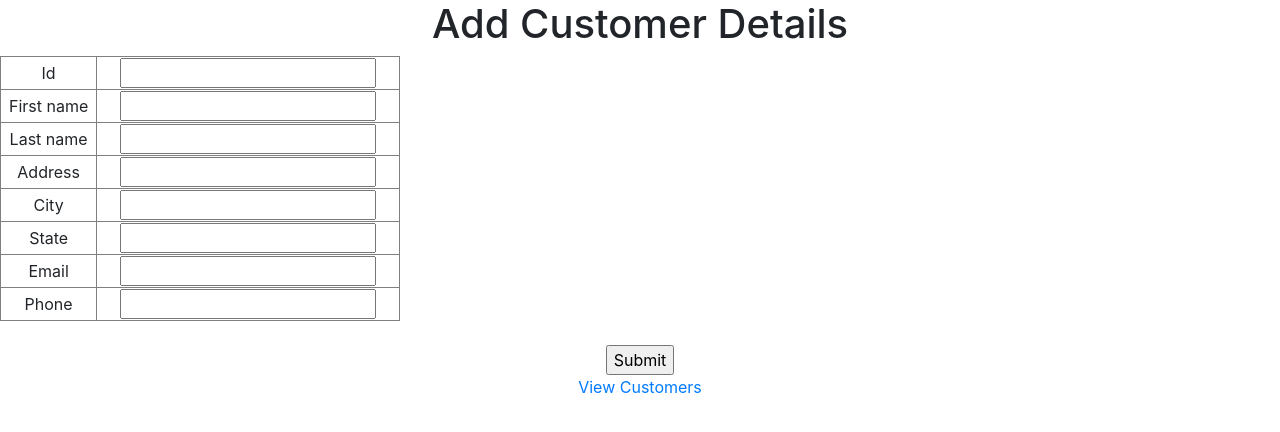
Repository: Shamanth-S/Customer-management
Page: User Management/src/main/webapp/add.html
An editor plug-in stored every save of this project. The page is shown before and after the next save, followed by the edit.
The browser window is 1280 px wide. The pictures show the whole page.

Above is the page before, as saved 2023-09-07 06:18:50.

After the next save:
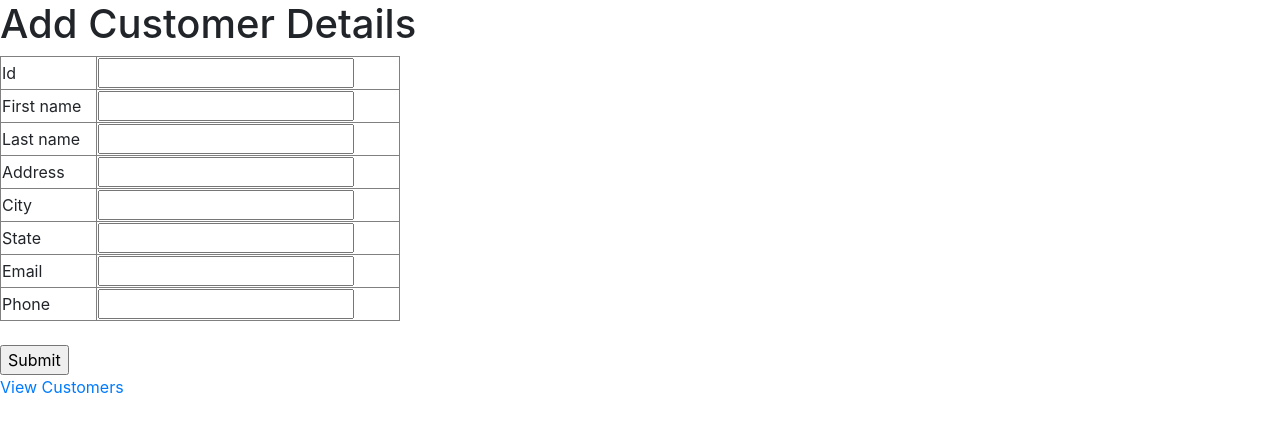
Saved 22 s later.
--- a/User Management/src/main/webapp/add.html
+++ b/User Management/src/main/webapp/add.html
@@ -5,10 +5,10 @@
 <title>Add Customer</title>
     <link rel="stylesheet" href="https://maxcdn.bootstrapcdn.com/bootstrap/4.5.2/css/bootstrap.min.css">
 </head>
-<body class = "text-center">
+<body>
 	<h1>Add Customer Details</h1>
 	<form method = "POST" action = "Customer">
-		<table class = "text-center" width = "400px" border = "1">
+		<table width = "400px" border = "1">
 
 			<tr>
 				<td>Id</td>
